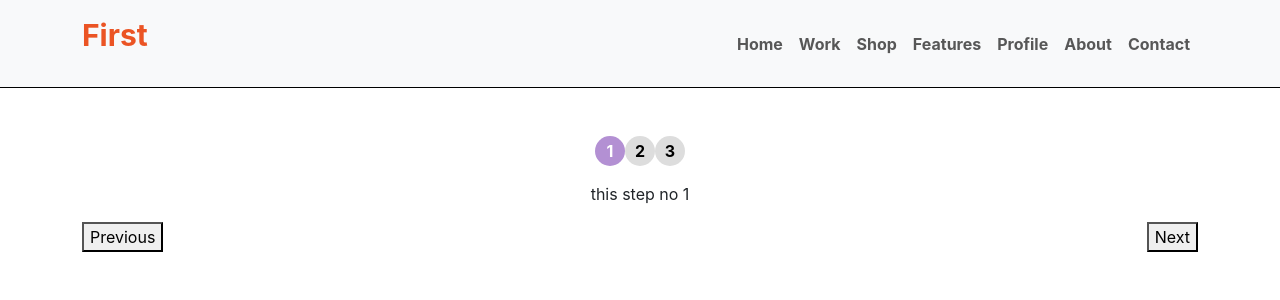
Repository: Hager-h/temple
Page: /contact
These files come from the project's save history. The page is drawn as it stood at one moment and after the next save; the edit follows.
The browser window is 1280 px wide. The pictures show the whole page.
The project was rebuilt for these pictures with package versions that can differ from the ones it lists, and the page was loaded fresh each time. Also part of the build but not shown: src/components/work/work.css, src/components/hook/Hook.js, src/components/work/Work.js, src/components/hook2/Hook2.js, src/components/portfolio/Portfolio.js, src/components/footer/Footer.js, src/components/social/Social.js, src/components/about/About.js and 10 more.

Above is the page before, as saved 2023-07-19 15:32:12.

After the next save:
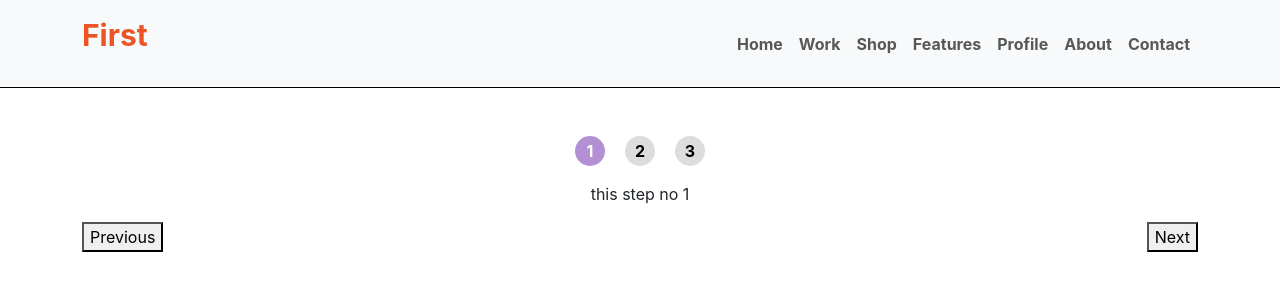
Saved 26 s later.
--- a/src/components/contact/contact.css
+++ b/src/components/contact/contact.css
@@ -18,6 +18,6 @@ text-align:center;
   justify-content:center;
   align-items:center;
 }
-.cilcle:not(:last-child){
+.circle:not(:last-child){
   margin-right:20px;
 }
